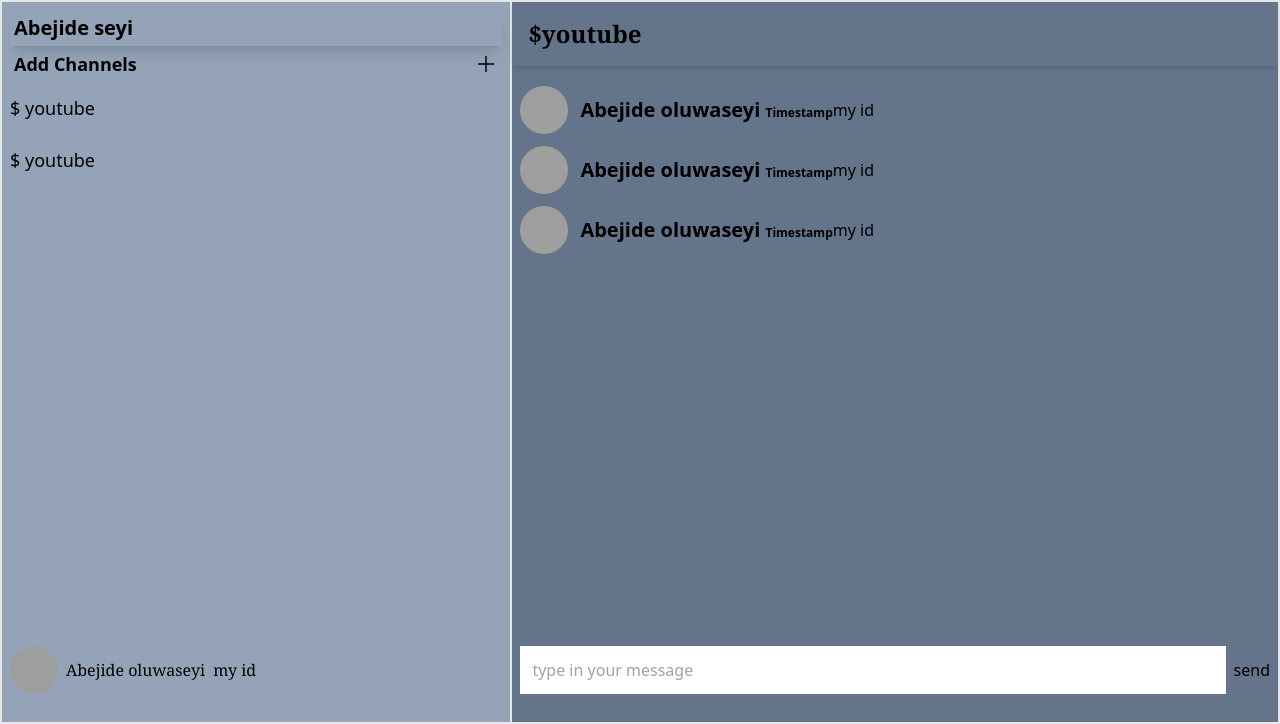
Repository: Semanmernstack/chat-mini
Page: /
The author's editor kept a copy of each file at every save. The page is drawn from the files as they stood at one save, then again after the next save.
The browser window is 1280 px wide. The pictures show the whole page.
Pictures or frames that could not be fetched are drawn as grey boxes. The project was rebuilt for these pictures with package versions that can differ from the ones it lists, and the page was loaded fresh each time. Also part of the build but not shown: src/features/counter/Counter.module.css, src/features/counter/Counter.js.

Above is the page before, as saved 2022-11-14 08:28:52.

### src/App.js
import React from 'react';
import logo from './logo.svg';
import { Counter } from './features/counter/Counter';
import Sidebar from './Sidebar';
import Body from './Body';


function App() {
  return (

    <div className="flex     max-w-screen-xl mx-auto border-2">


      <div className=" flex-[0.4] h-screen ">
        <Sidebar/>
      </div>
      <div className=" flex-[0.6] h-screen">
        <Body/>
      </div>
    </div>
  );
}

export default App;

### src/features/counter/counterSlice.js
import { createAsyncThunk, createSlice } from '@reduxjs/toolkit';
import { fetchCount } from './counterAPI';

const initialState = {
  value: 0,
  status: 'idle',
};

// The function below is called a thunk and allows us to perform async logic. It
// can be dispatched like a regular action: `dispatch(incrementAsync(10))`. This
// will call the thunk with the `dispatch` function as the first argument. Async
// code can then be executed and other actions can be dispatched. Thunks are
// typically used to make async requests.
export const incrementAsync = createAsyncThunk(
  'counter/fetchCount',
  async (amount) => {
    const response = await fetchCount(amount);
    // The value we return becomes the `fulfilled` action payload
    return response.data;
  }
);

export const counterSlice = createSlice({
  name: 'counter',
  initialState,
  // The `reducers` field lets us define reducers and generate associated actions
  reducers: {
    increment: (state) => {
      // Redux Toolkit allows us to write "mutating" logic in reducers. It
      // doesn't actually mutate the state because it uses the Immer library,
      // which detects changes to a "draft state" and produces a brand new
      // immutable state based off those changes
      state.value += 1;
    },
    decrement: (state) => {
      state.value -= 1;
    },
    // Use the PayloadAction type to declare the contents of `action.payload`
    incrementByAmount: (state, action) => {
      state.value += action.payload;
    },
  },
  // The `extraReducers` field lets the slice handle actions defined elsewhere,
  // including actions generated by createAsyncThunk or in other slices.
  extraReducers: (builder) => {
    builder
      .addCase(incrementAsync.pending, (state) => {
        state.status = 'loading';
      })
      .addCase(incrementAsync.fulfilled, (state, action) => {
        state.status = 'idle';
        state.value += action.payload;
      });
  },
});

export const { increment, decrement, incrementByAmount } = counterSlice.actions;

// The function below is called a selector and allows us to select a value from
// the state. Selectors can also be defined inline where they're used instead of
// in the slice file. For example: `useSelector((state: RootState) => state.counter.value)`
export const selectCount = (state) => state.counter.value;

// We can also write thunks by hand, which may contain both sync and async logic.
// Here's an example of conditionally dispatching actions based on current state.
export const incrementIfOdd = (amount) => (dispatch, getState) => {
  const currentValue = selectCount(getState());
  if (currentValue % 2 === 1) {
    dispatch(incrementByAmount(amount));
  }
};

export default counterSlice.reducer;

### src/Sidebar.js
import React from 'react'
import Sidebarlist from './app/Sidebarlist'

function Sidebar() {
  return (
    <div className="flex flex-col h-screen bg-slate-400  border-r-2 p-2 mb-4">
        <div className="flex-1"  >
        <div className="shadow-lg p-1 text-xl font-extrabold">
            <h1>Abejide seyi</h1>
        </div>
        <div  className="flex p-1   items-center justify-between">
           <h1 className="text-lg font-bold">Add Channels</h1>
           <svg xmlns="http://www.w3.org/2000/svg" fill="none" viewBox="0 0 24 24" strokeWidth={1.5} stroke="currentColor" className="w-6 h-6 cursor-pointer">
                <path strokeLinecap="round" strokeLinejoin="round" d="M12 4.5v15m7.5-7.5h-15" />
            </svg>
        </div>
        <div  >
        <Sidebarlist/>
        <Sidebarlist/>


        </div>


        </div>
        <div className=" flex items-center space-x-2 mb-5 font-serif">
            <img className="h-12 w-12 rounded-full"   src="https://cdn.pixabay.com/photo/2022/10/17/15/55/meditate-7528123__340.jpg" alt="img" />
            <h3>Abejide oluwaseyi</h3>
            <span>my id</span>
        </div>


    </div>
  )
}

export default Sidebar

### src/Body.js
import React from 'react'
import BodyHeader from './BodyHeader'
import Message from './Message'

function Body() {
  return (
    <div className="flex flex-col h-screen bg-slate-500  ">
        <div className="flex-1 ">
        <BodyHeader/>
        <div  >
            <Message/>
            <Message/>
            <Message/>
        </div>
        </div>
        <div className="mb-5">
        <form className=" flex p-2 space-x-2 ">
            <input className="flex-1 w-[100%] outline-none p-3 border-none" type="text" placeholder='type in your message' />
            <button>send</button>
        </form>
        </div>
    </div>
  )
}

export default Body

### src/app/Sidebarlist.js
import React from 'react'

function Sidebarlist() {
  return (
    <div className="flex items-center justify-between">
        <h2 className="my-3 text-lg">
         $   <span>youtube</span>
        </h2>
    </div>
  )
}

export default Sidebarlist

### src/BodyHeader.js
import React from 'react'

function BodyHeader() {
  return (
    <div className=" shadow-md mb-5 text-2xl font-serif font-extrabold   p-4">


            <h1 >$youtube</h1>





    </div>
  )
}

export default BodyHeader

### src/Message.js
import React from 'react'

function Message() {
  return (
    <div className=" flex items-center mx-2 my-3  ">
            <img className="h-12 w-12 rounded-full"   src="https://cdn.pixabay.com/photo/2022/10/17/15/55/meditate-7528123__340.jpg" alt="img" />
            <h3 className="m-x-3 ml-3 font-bold text-xl">Abejide oluwaseyi <span className="text-xs">Timestamp</span>  </h3>
            <span>my id</span>
        </div>
  )
}

export default Message

Loaded but not shown: public/index.html (common file); src/index.js (common file); src/app/store.js (common file); src/reportWebVitals.js (common file); src/index.css (common file); src/features/counter/counterAPI.js (common file); tailwind.config.js (common file)

After the next save:
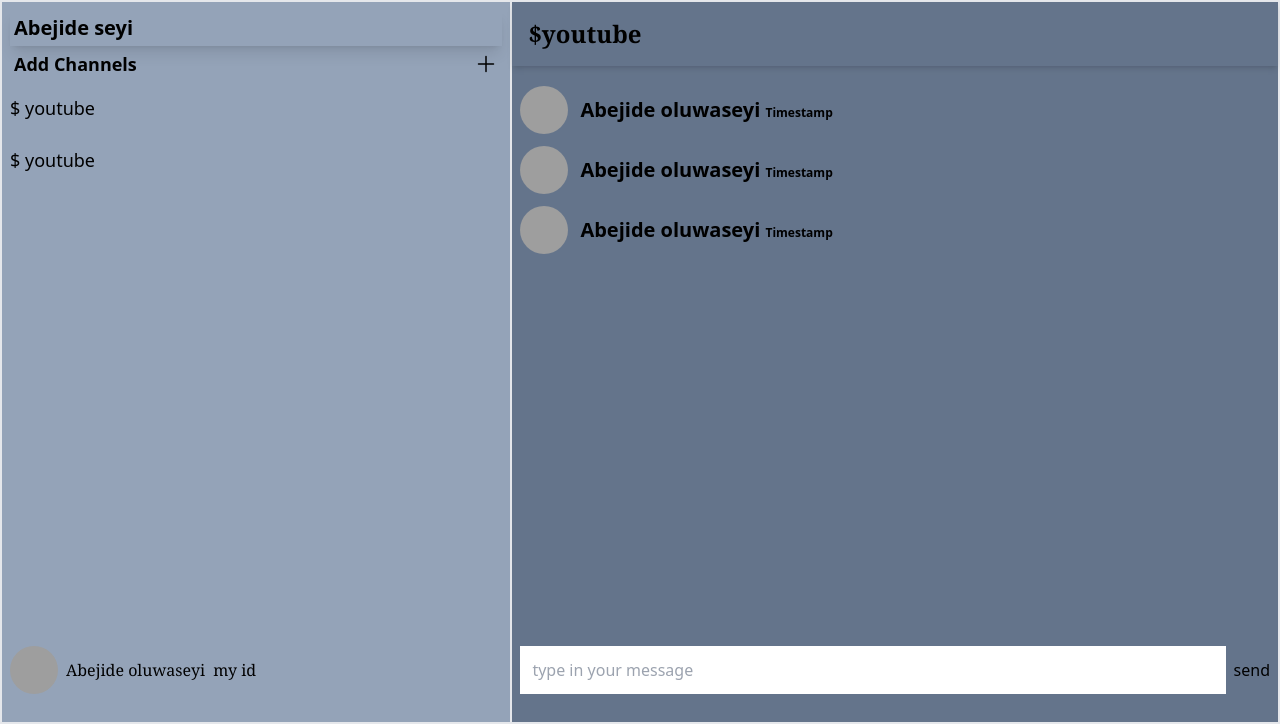
Saved 20 s later.
--- a/src/Message.js
+++ b/src/Message.js
@@ -5,7 +5,7 @@ function Message() {
     <div className=" flex items-center mx-2 my-3  ">
             <img className="h-12 w-12 rounded-full"   src="https://cdn.pixabay.com/photo/2022/10/17/15/55/meditate-7528123__340.jpg" alt="img" />
             <h3 className="m-x-3 ml-3 font-bold text-xl">Abejide oluwaseyi <span className="text-xs">Timestamp</span>  </h3>
-            <span>my id</span>
+
         </div>
   )
 }
